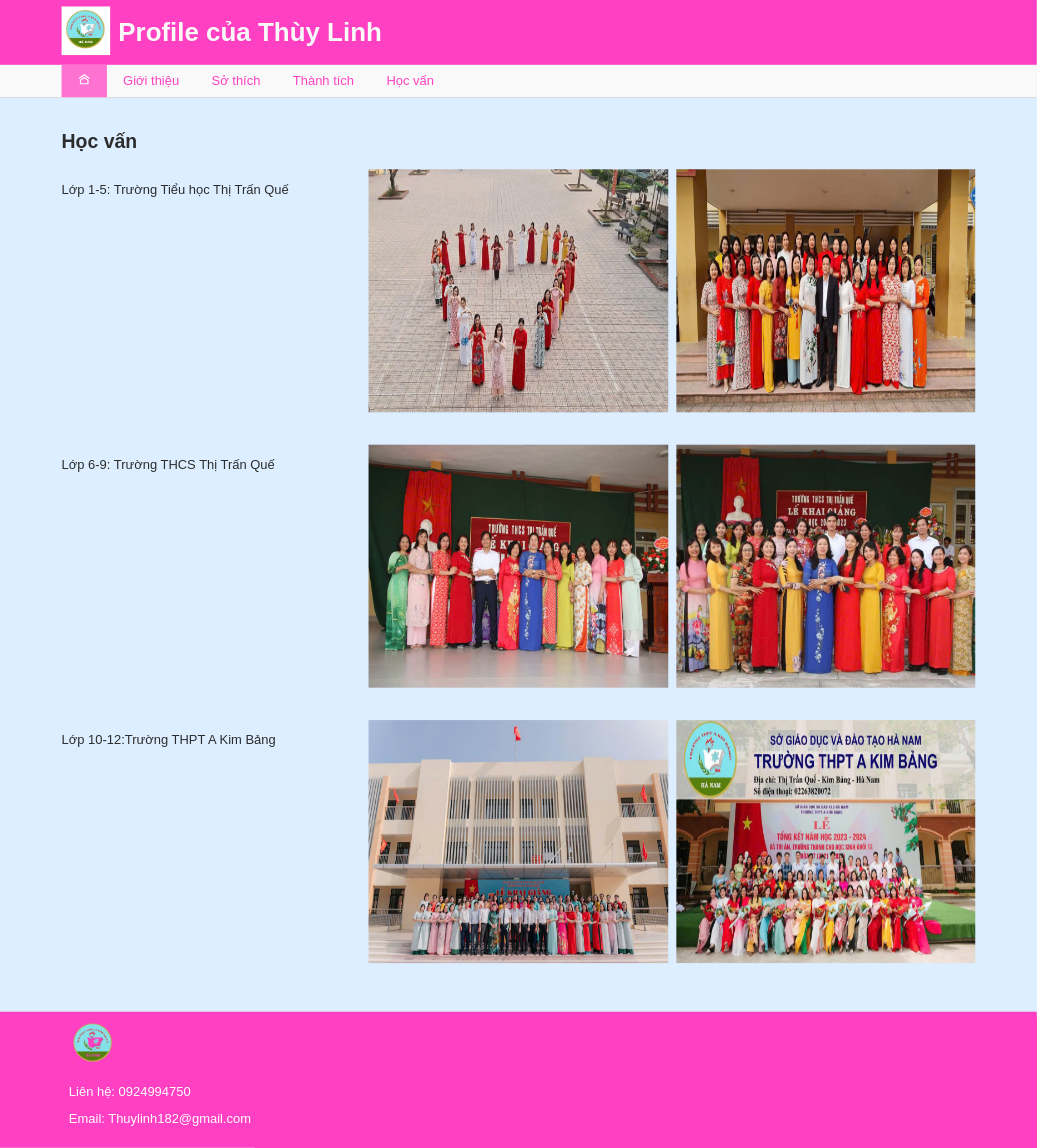
Repository: DucLong-PD07979/profile-vu-thuy-linh
Page: hoc-van.html
The author's editor kept a copy of each file at every save. The page is drawn from the files as they stood at one save, then again after a run of saves.
The browser window is 1280 px wide. The pictures show the whole page, at 81% of full size.

Above is the page before, as saved 2025-03-13 22:19:10.
Not found: script.js

After the next 2 saves:
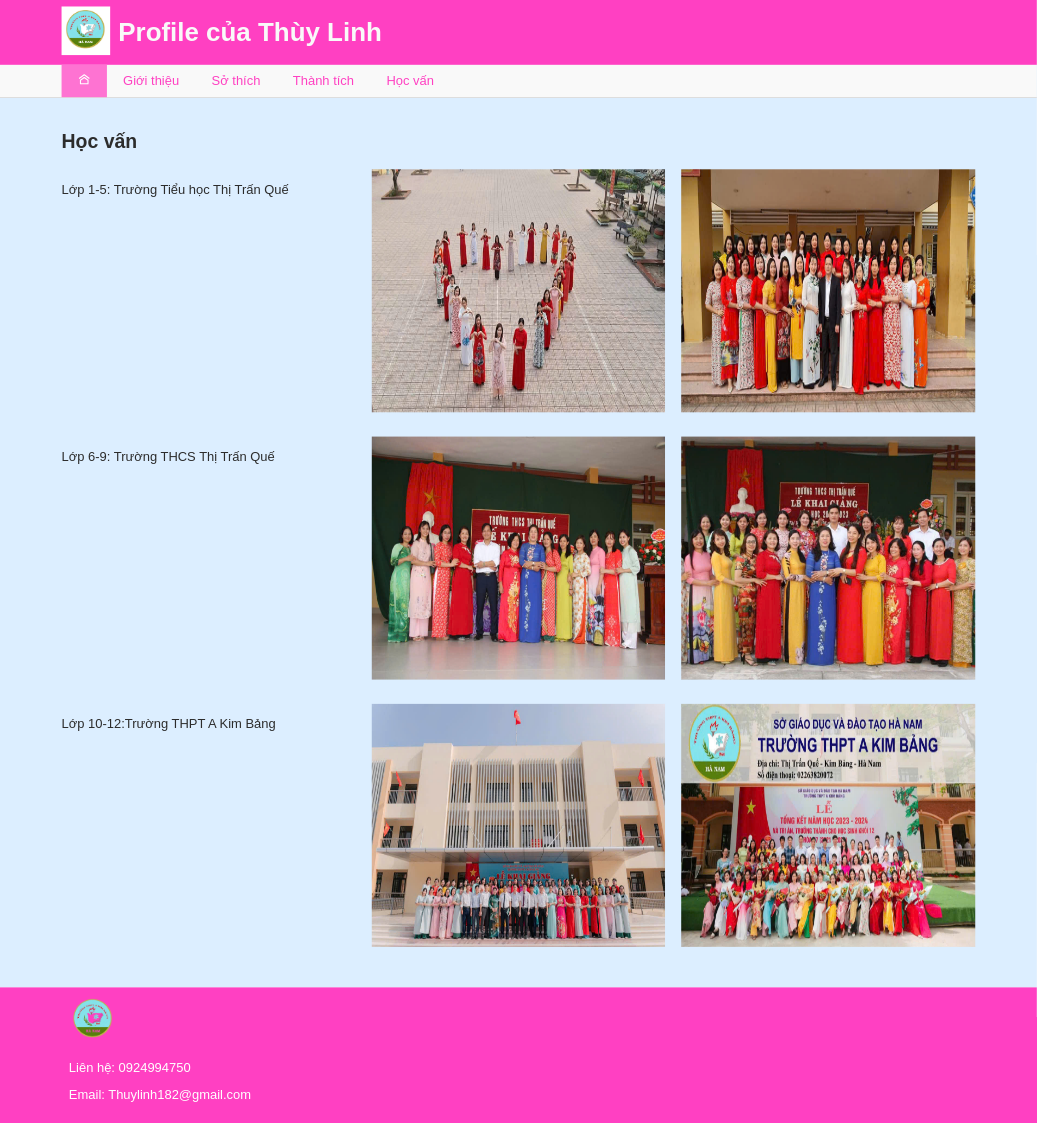
The 2 saves are shown as one change because they came seconds apart.
The last was saved 7 s later.
--- a/css/main.css
+++ b/css/main.css
@@ -227,8 +227,8 @@ nav ul li:hover .menu-children {
 .education-section-content .box {
     display: grid;
     grid-template-columns: 1fr 1fr 1fr;
-    gap: 10px;
-    margin-bottom: 40px;
+    gap: 20px;
+    margin-bottom: 30px;
 }
 
 .education-section-content .box img {
